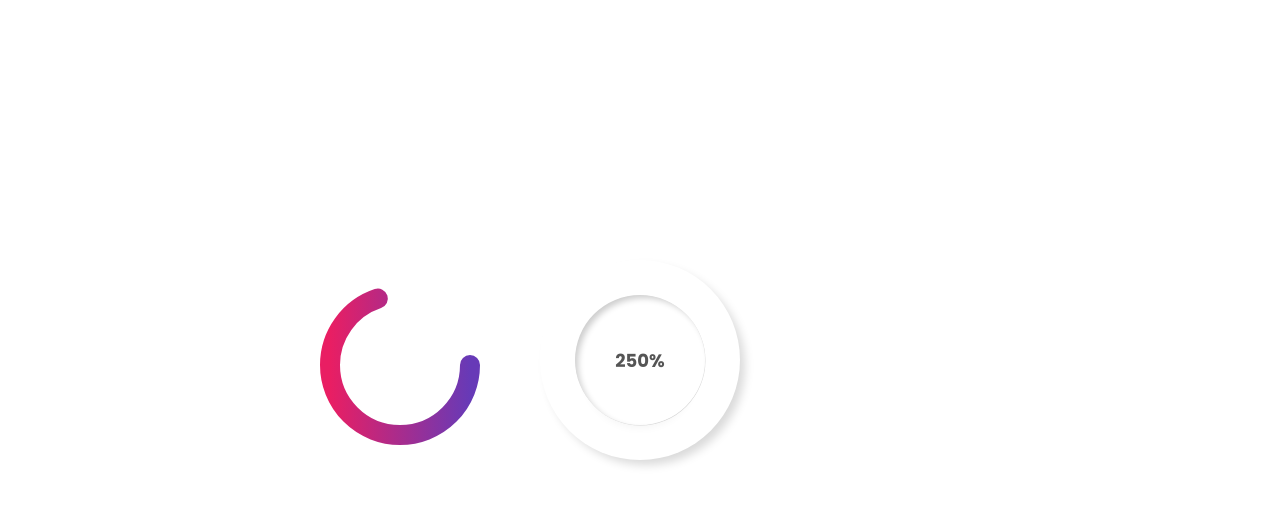
Repository: Ankitkr2021/Loader-Spinner
Page: index.html
The author's editor kept a copy of each file at every save. The page is drawn from the files as they stood at one save, then again after the next save.
The browser window is 1280 px wide. The pictures show the whole page.

Above is the page before, as saved 2025-10-21 13:34:42.

After the next save:
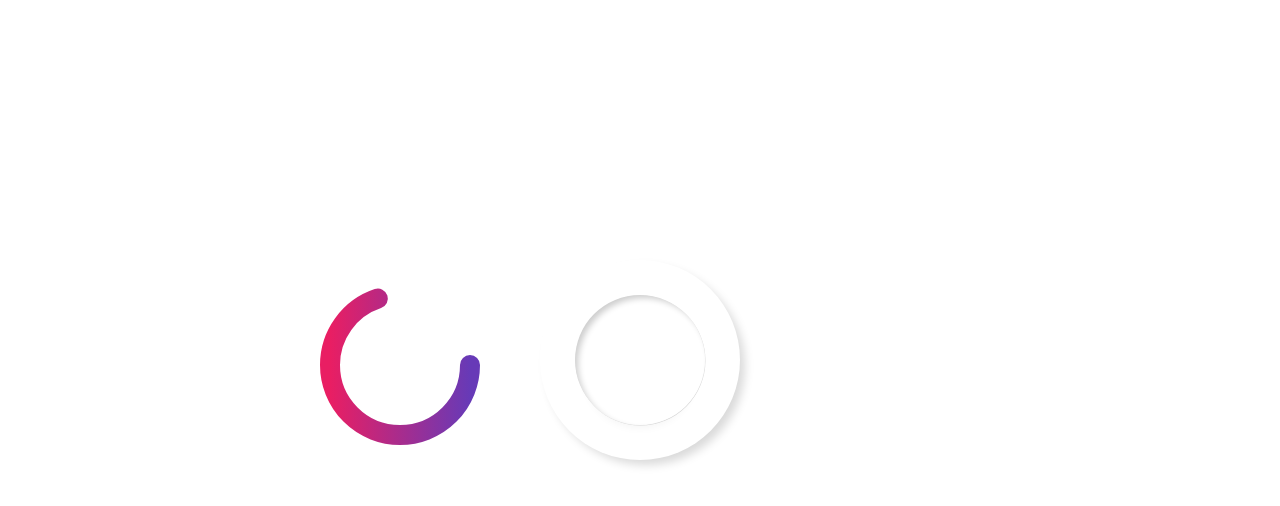
Console error: SyntaxError: Unexpected identifier 'counter'
Saved 14 s later.
--- a/main.js
+++ b/main.js
@@ -3,7 +3,7 @@ let counter = 0;
 
 setInterval(() => {
 
-
+    if counter == '65%';
     counter += 1;
     number.innerHTML = counter + "%";
 }, 20);

After the save that followed:
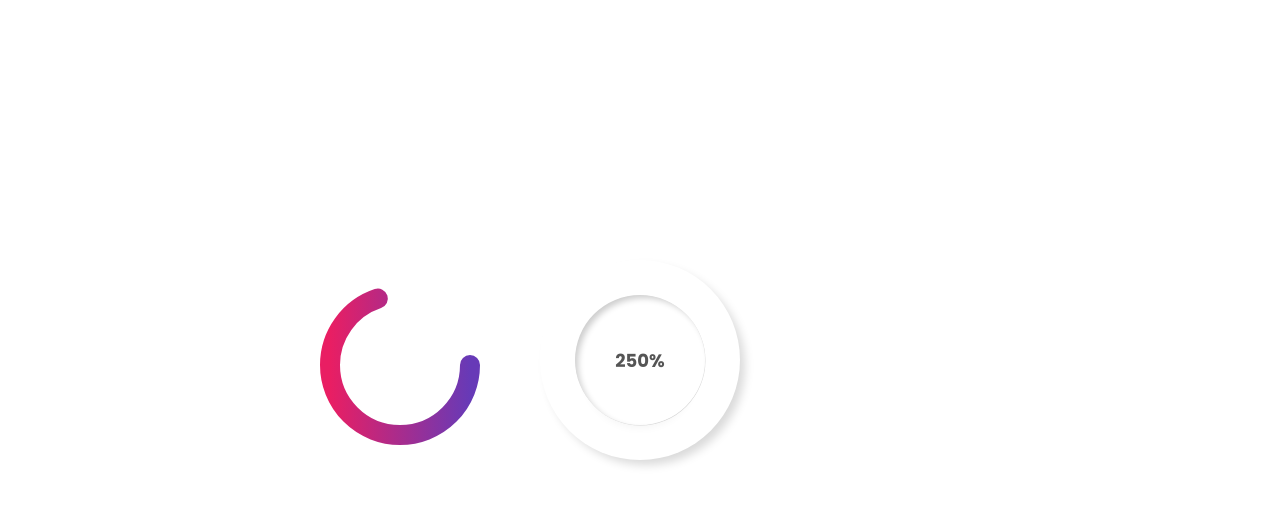
The error is gone.
Saved 26 s later.
--- a/main.js
+++ b/main.js
@@ -2,8 +2,9 @@ let number = document.getElementById("number");
 let counter = 0;
 
 setInterval(() => {
-
-    if counter == '65%';
+    if (counter == '65%') {
+        clearInterval();
+    };
     counter += 1;
     number.innerHTML = counter + "%";
 }, 20);
